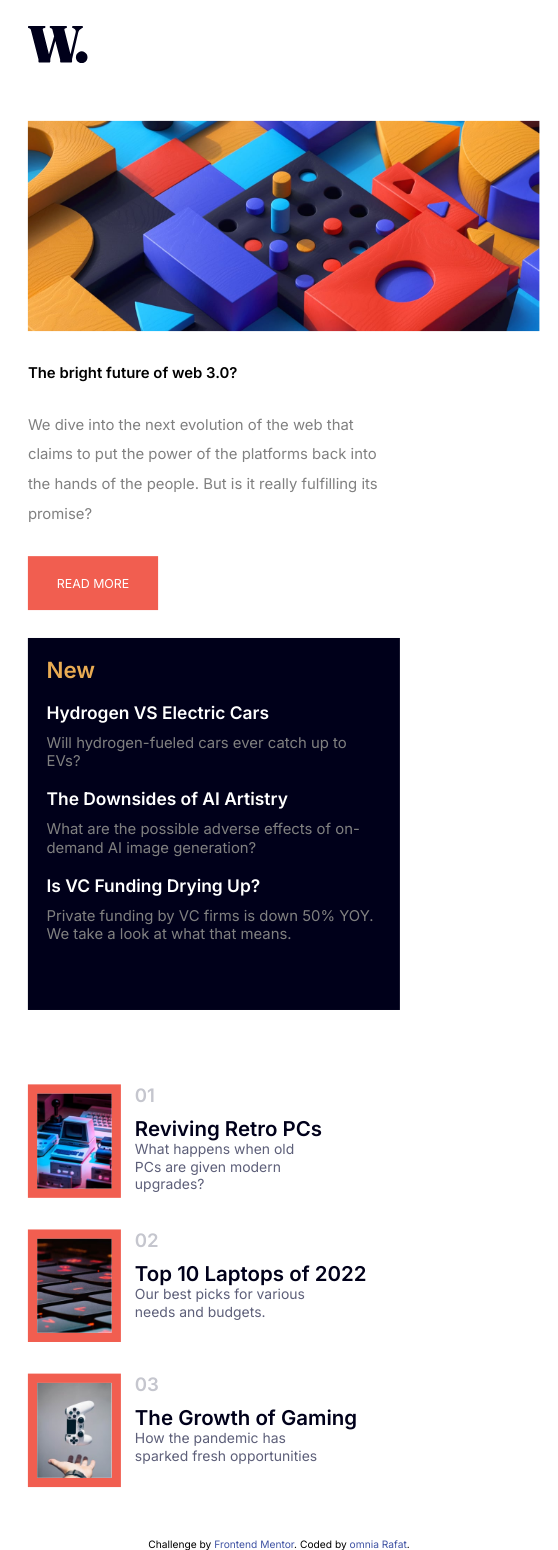
Repository: OmniaRafat232111121/HomePage
Page: index.html
These files come from the project's save history. The page is drawn as it stood at one moment and after the next save; the edit follows.
The browser window is 600 px wide. The pictures show the whole page, at 93% of full size.

Above is the page before, as saved 2022-12-17 23:06:52.

After the next save:
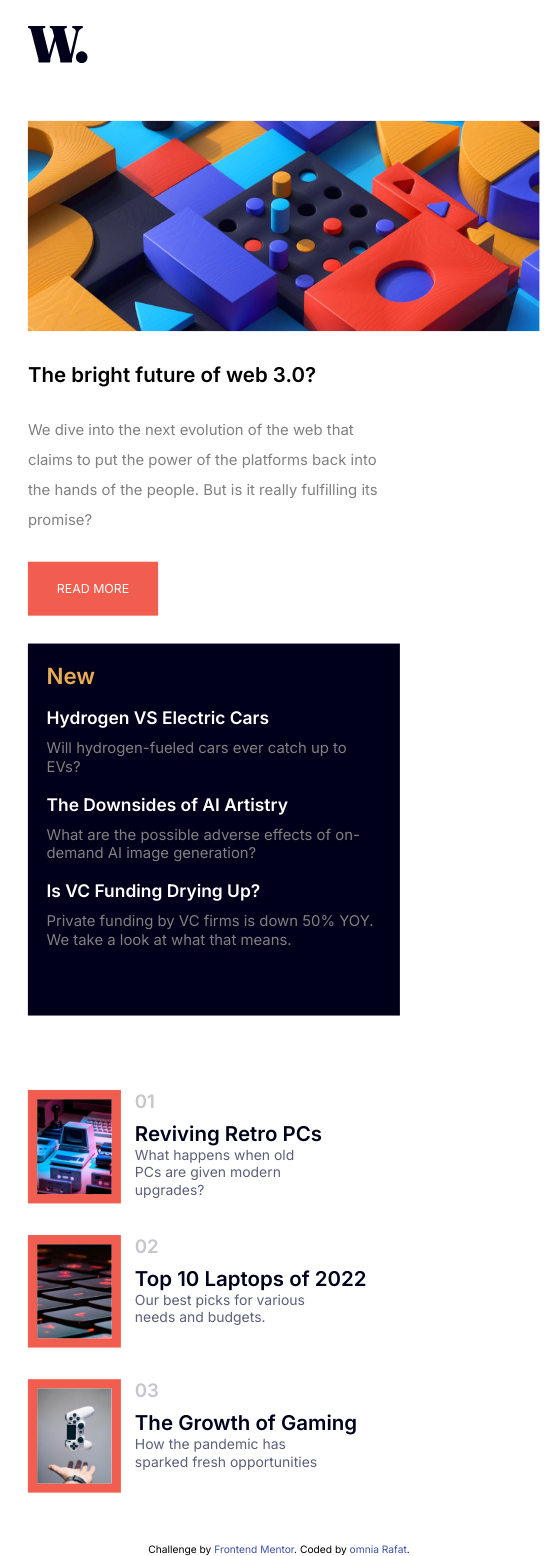
Saved 6 s later.
--- a/style.css
+++ b/style.css
@@ -169,7 +169,7 @@ gap: 30px;
     padding:20px;
 }
 .heading h1{
-    font-size: 16px;
+    font-size: 22px;
     font-weight: bold;
 }
 }
